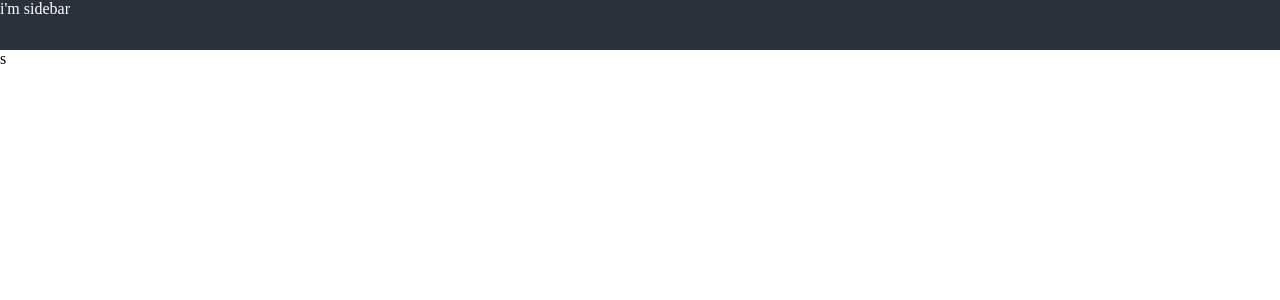
Repository: runuowbd123/reacthooksDemo
Page: /
An editor plug-in stored every save of this project. The page is shown before and after the next save, followed by the edit.
The browser window is 1280 px wide. The pictures show the whole page.
The project was rebuilt for these pictures with package versions that can differ from the ones it lists, and the page was loaded fresh each time.

Above is the page before, as saved 2019-06-25 16:52:28.

### public/index.html
<!DOCTYPE html>
<html lang="en">
  <head>
    <meta charset="utf-8">
    <link rel="shortcut icon" href="./favicon.ico">
    <meta name="viewport" content="width=device-width, initial-scale=1, shrink-to-fit=no">
    <meta name="theme-color" content="#000000">
    <link rel="manifest" href="./public/manifest.json">
    <title>义乌恒风</title>
    <style type="text/css">
      .laoding-wrapper {
          width: 100%;
          height: 100%;
          position: absolute;
          top: 0;
          left: 0;
          background: linear-gradient(to bottom, #2E3943 , #2E3943 );
      }
      .loading-title {
          color: #fff;
          /*font-size: 20px;*/
      }
      .loading-center {
          position: absolute;
          top: 0;
          left: 0;
          bottom: 0;
          text-align: center;
          right: 0;
          margin: auto;
          width: 300px;
          height: 160px;
      }
      .bouncywrap {
          position: relative;
          position: relative;
          display: inline-block;
          margin-top: 20px;
      }
      .dotcon {
          display: block;
          float: left;
          width: 50px;
          position: absolute;
      }
      .dc1 {
          -webkit-animation: bouncy1 1.5s infinite;
          left: -40px;
          animation: bouncy1 1.5s infinite;
      }
      .dc2 {
          -webkit-animation: bouncy2 1.5s infinite;
          animation: bouncy2 1.5s infinite;
          left: 0;
      }
      .dc3 {
          -webkit-animation: bouncy3 1.5s infinite;
          animation: bouncy3 1.5s infinite;
          left: 40px;
      }

      .dot {
          height: 10px;
          width: 10px;
          border-radius: 50%;
          background: #fff;
      }

      @-webkit-keyframes bouncy1 {
          0% {
              -webkit-transform: translate(0px, 0px) rotate(0deg);
          }
          50% {
              -webkit-transform: translate(0px, 0px) rotate(180deg);
          }
          100% {
              -webkit-transform: translate(40px, 0px) rotate(-180deg);
          }
      }

      @keyframes bouncy1 {
          0% {
              transform: translate(0px, 0px) rotate(0deg);
          }
          50% {
              transform: translate(0px, 0px) rotate(180deg);
          }
          100% {
              transform: translate(40px, 0px) rotate(-180deg);
          }
      }

      @-webkit-keyframes bouncy2 {
          0% {
              -webkit-transform: translateX(0px);
          }
          50% {
              -webkit-transform: translateX(-40px);
          }
          100% {
              -webkit-transform: translateX(-40px);
          }
      }

      @keyframes bouncy2 {
          0% {
              transform: translateX(0px);
          }
          50% {
              transform: translateX(-40px);
          }
          100% {
              transform: translateX(-40px);
          }
      }

      @-webkit-keyframes bouncy3 {
          0% {
              -webkit-transform: translateX(0px);
          }
          50% {
              -webkit-transform: translateX(0px);
          }
          100% {
              -webkit-transform: translateX(-40px);
          }
      }

      @keyframes bouncy3 {
          0% {
              transform: translateX(0px);
          }
          50% {
              transform: translateX(0px);
          }
          100% {
              transform: translateX(-40px);
          }
      }
  </style>
  </head>
  <body>
    <div id="app">
      <!-- <div class="laoding-wrapper">
        <div class="loading-center">
            <h1 class="loading-title">义乌恒丰</h1>
            <div class="bouncywrap">
                <div class="dotcon dc1">
                    <div class="dot"></div>
                </div>
                <div class="dotcon dc2">
                    <div class="dot"></div>
                </div>
                <div class="dotcon dc3">
                    <div class="dot"></div>
                </div>
            </div>
        </div>
    </div> -->
    </div>
    <!-- <script src="./public/config.js"></script> -->
    <script>
      // if (navigator.serviceWorker!=null) {
      //         const version="sw_version_1";
      //         navigator.serviceWorker.register("/sw.js")
      //         .then(function(registration){
      //             if (localStorage.getItem('sw_version_1') !== version) {
      //                 registration.update().then(function () {
      //                     localStorage.setItem('sw_version_1', version)
      //                 });
      //             }
      //             console.log('Registered events as scopet',registration.scope);
      //         }).catch(e=>{
      //             console.log('catch',e);
      //         })
      //     };
  </script>
  </body>
</html>

### src/app.tsx
import * as React from 'react';
import * as ReactDOM from 'react-dom';
import { BrowserRouter, Route, Switch, withRouter } from 'react-router-dom';

import Welcome from './views/welcome';

ReactDOM.render(
    (
        <BrowserRouter>
            <Route path="/" component={Welcome} />
        </BrowserRouter>
    ),
    document.getElementById('app'),
);

### src/views/welcome.tsx
import * as React from 'react';

import { HashRouter as Router, Route, Switch } from 'react-router-dom';
import Root from '../root';

export default class Welcome extends React.Component {

    public render() {
        return (
            <div
                style={{
                    bottom: 0,
                    display: 'flex',
                    flexDirection: 'column',
                    left: 0,
                    position: 'absolute',
                    right: 0,
                    top: 0,
                }}
            >
                <div
                    style={{
                        background: '#29323b',
                        color: '#fff',
                        height: '50px',
                    }}
                >
                    i'm sidebar
                </div>
                <div
                    style={{
                        flex: '1',
                    }}
                >
                    s
                </div>

            </div>
        );
    }
}

After the next save:
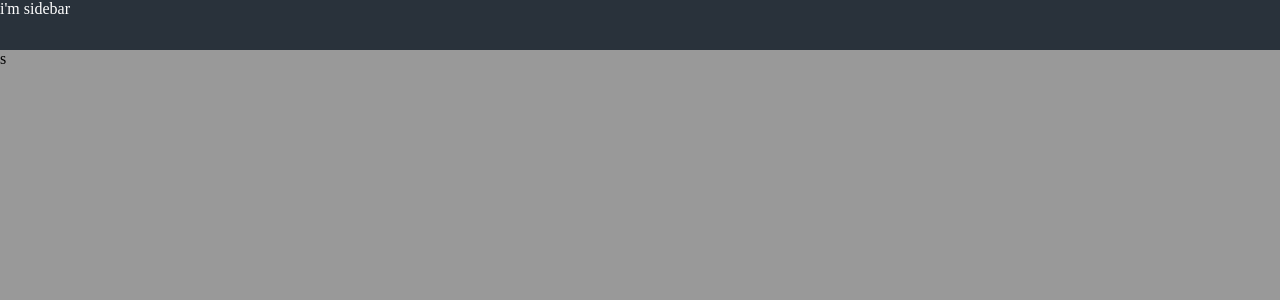
Saved 18 s later.
--- a/src/views/welcome.tsx
+++ b/src/views/welcome.tsx
@@ -29,7 +29,8 @@ export default class Welcome extends React.Component {
                 </div>
                 <div
                     style={{
-                        flex: '1',
+                        background: '#999',
+                        flex: 1,
                     }}
                 >
                     s
